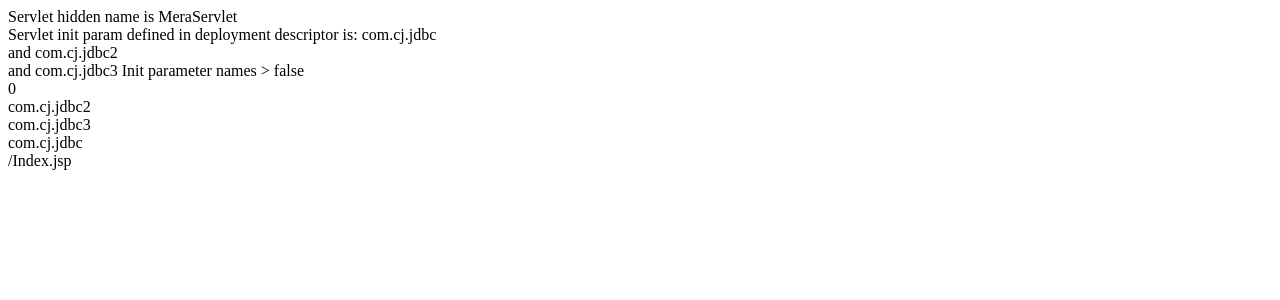
Repository: kamalsingh7290/ServletANDjsp
Page: http://localhost/JSP_Config/kamal
These files come from the project's save history. The page is drawn as it stood at one moment and after the next save; the edit follows.
The browser window is 1280 px wide. The pictures show the whole page.
The page is served by Tomcat 9.

Above is the page before, as saved 2022-01-28 11:16:11.

After the next save:
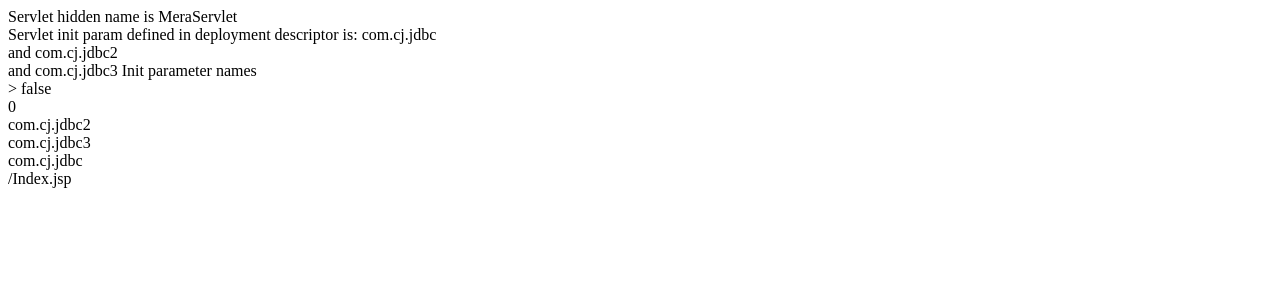
Saved 16 s later.
--- a/JSP_Config/src/main/webapp/Index.jsp
+++ b/JSP_Config/src/main/webapp/Index.jsp
@@ -13,7 +13,7 @@
 Servlet hidden name is <%=config.getServletName() %><br>
 Servlet init param defined in deployment descriptor is: <%=config.getInitParameter("Drivername") %><br>
 and <%=config.getInitParameter("Drivername2") %><br> and <%=config.getInitParameter("Drivername3") %>
-<%="Init parameter names " %>>
+<%="Init parameter names <br>" %>>
 <%Enumeration e=config.getInitParameterNames();%>
 <%
 while(e.hasMoreElements())
